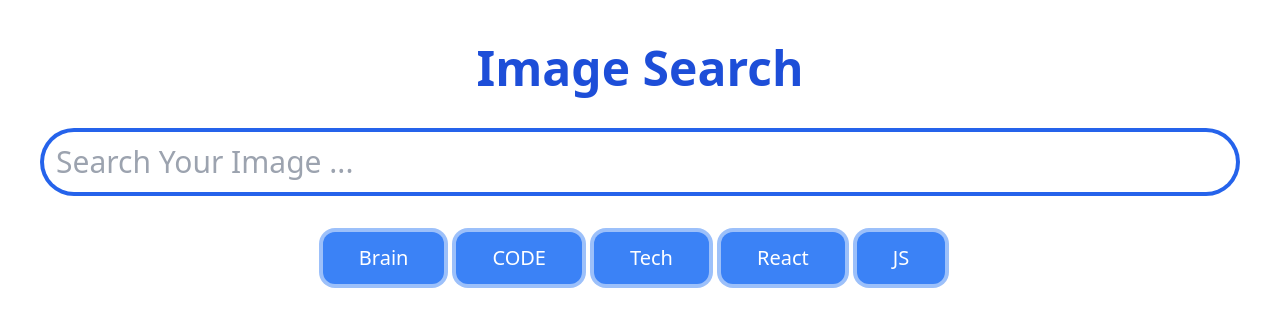
Repository: rkrukshan/react-image-gallery
Page: /
The author's editor kept a copy of each file at every save. The page is drawn from the files as they stood at one save, then again after the next save.
The browser window is 1280 px wide. The pictures show the whole page.
The project was rebuilt for these pictures with package versions that can differ from the ones it lists, and the page was loaded fresh each time. Also part of the build but not shown: vite.config.js.

Above is the page before, as saved 2025-01-07 13:13:47.

After the next save:
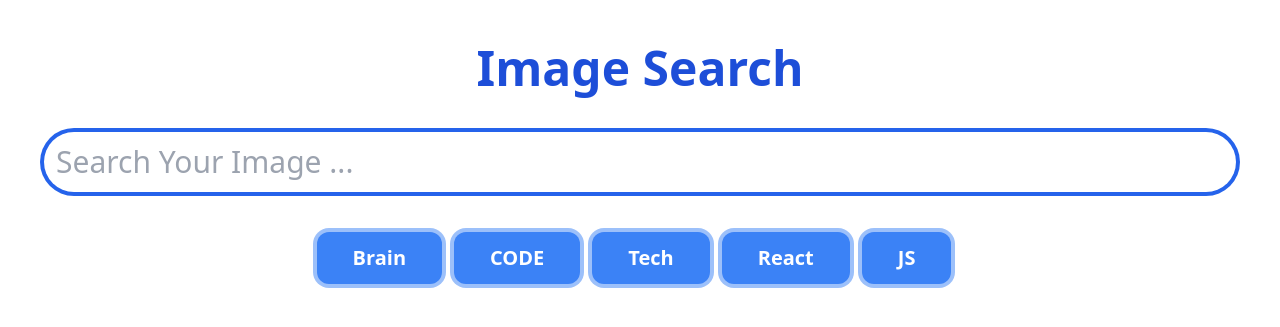
Saved 20 s later.
--- a/src/index.css
+++ b/src/index.css
@@ -3,5 +3,5 @@
 @tailwind utilities;
 
 .btn {
-  @apply bg-blue-500 text-white px-9 py-3 mr-3 rounded-xl ring-4 text-xl hover:ring-slate-400;
+  @apply bg-blue-500 text-white px-9 py-3 mr-3 rounded-xl ring-4 font-bold text-xl hover:ring-slate-400;
 }
